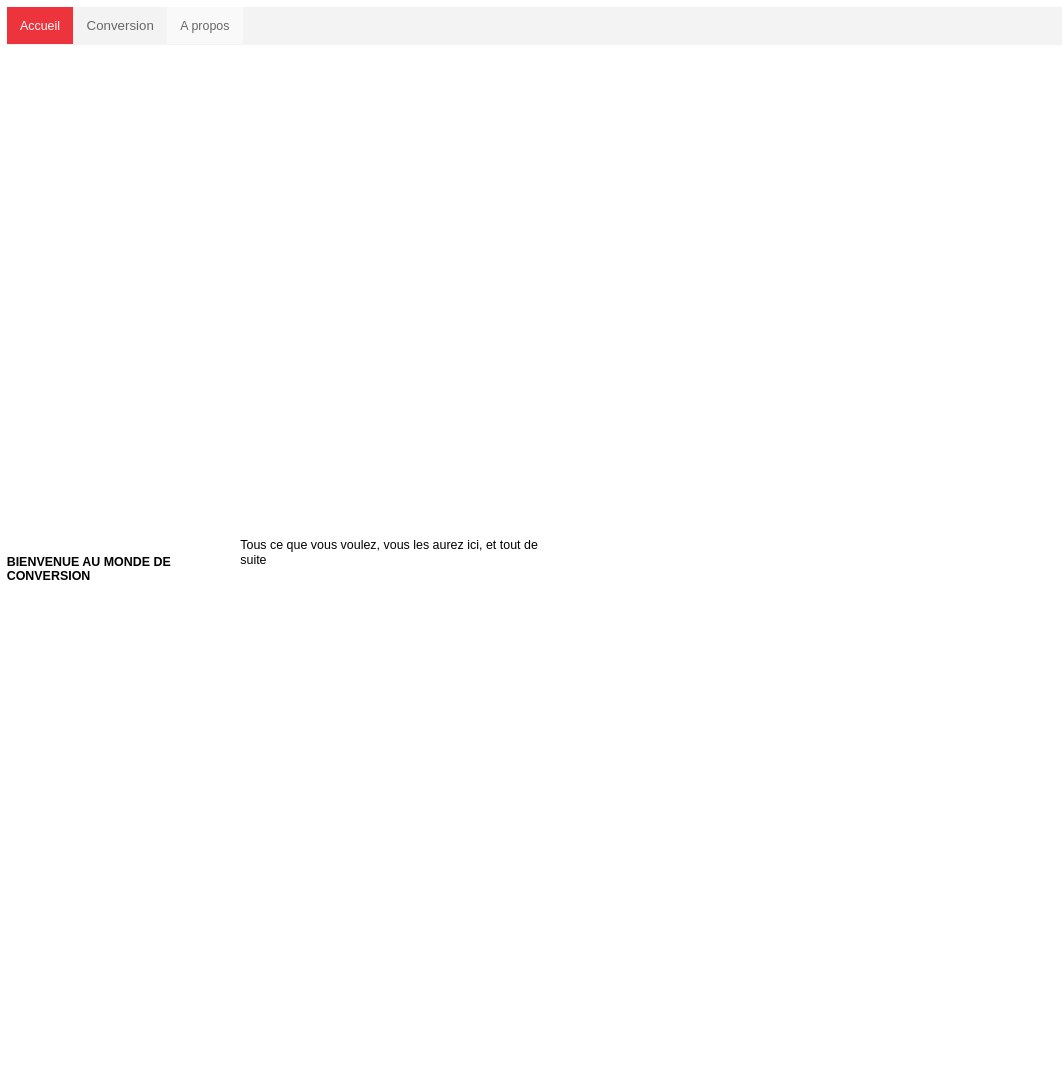
Repository: Santatrasoa/six
Page: Conversion/Conversion/src/main/webapp/index.html
The author's editor kept a copy of each file at every save. The page is drawn from the files as they stood at one save, then again after the next save.
The browser window is 1280 px wide. The pictures show the whole page, at 83% of full size.

Above is the page before, as saved 2024-04-10 09:56:22.

### Conversion/Conversion/src/main/webapp/index.html
<!DOCTYPE html>
<html lang="en">

<head>
	<meta charset="UTF-8">
	<meta http-equiv="X-UA-Compatible" content="IE=edge">
	<meta name="viewport" content="width=device-width, initial-scale=1.0">
	<title>Acceuil</title>
	<link rel="stylesheet" href="style.css" type="text/css">
</head>

<body>
	<ul>
		<li><a class="active" href="index.html">Accueil</a></li>
		<li class="notHidden">
			<div class="dropdown">
				<button class="dropbtn">Conversion</button>
				<div class="dropdown-content">
					<a style="text-align: left;" href="temperature.jsp">temperature</a>
					<a style="text-align: left;" href="poid.jsp">Poid</a>
					<a style="text-align: left;" href="longueur.jsp">longueur</a>
				</div>
			</div>
		</li>
		<li><a href="detail.html">A propos</a></li>
	</ul>

	<br>

	<div class="acceuil">
		<h1 style="margin-top: 50px">
			BIENVENUE AU MONDE DE CONVERSION
		</h1>
		<span> Tous ce que vous voulez, vous les aurez ici, et tout de suite </span>
	</div>
</body>

</html>

### Conversion/Conversion/src/main/webapp/style.css
* {
  padding: 0px;
  font-family: Arial, Helvetica, sans-serif;
  font-size: 15px;
}

body{
	flex-direction: column;
}

ul {
  margin: 50px;
  list-style-type: none;
  margin: 0px;
  padding: 0px;
  /* border: 1px solid #f3f3f3; */
  background-color: #f3f3f3;
  position: fixed;
  width: 100%;
}

li {
  float: left;
}

li a {
  display: block;
  color: #666;
  background-color: #f9f9f9;
  text-align: center;
  padding: 14px 16px;
  text-decoration: none;
}

li a:hover:not(.active) {
  background-color: #ddd;
}

li a.active {
  color: white;
  background-color: rgb(237, 51, 59);
}

.dropbtn {
  background-color: transparent;
  padding: 14px 16px;
  color: #666;
  font-size: 16px;
  border: none;
  cursor: pointer;
}

.dropdown {
  position: relative;
  display: inline-block;
}

.dropdown-content {
  display: none;
  position: absolute;
  background-color: #f9f9f9;
  min-width: 160px;
  box-shadow: 0px 8px 16px 0px rgba(0, 0, 0, 0.2);
  z-index: 1;
}

.dropdown-content a {
  color: black;
  padding: 12px 16px;
  text-decoration: none;
  display: block;
}


.dropdown-content a:hover {
  background-color: #f1f1f1
}

.dropdown:hover .dropdown-content {
  display: block;
}

.dropdown:hover .dropbtn {
  background-color: #ddd;
}

input[type=number] {
  width: 30%;
  padding: 12px 20px;
  margin: 8px 0;
  box-sizing: border-box;
  border: 3px solid #ccc;
  -webkit-transition: 0.5s;
  transition: 0.5s;
  outline: none;
}

input[type=submit]{
	float: left;
	width: 10%;
  	padding: 12px 20px;
 	margin: 8px 0;
  	box-sizing: border-box;
  	outline: none;
}

select {
  width: 30%;
  padding: 16px 20px;
  border: none;
  border-radius: 4px;
  background-color: #f1f1f1;
}

.acceuil {
	width: 90vh;
	height: 100vw;
	display: flex;
	align-items: center;
	justify-content: center;
}

After the next save:
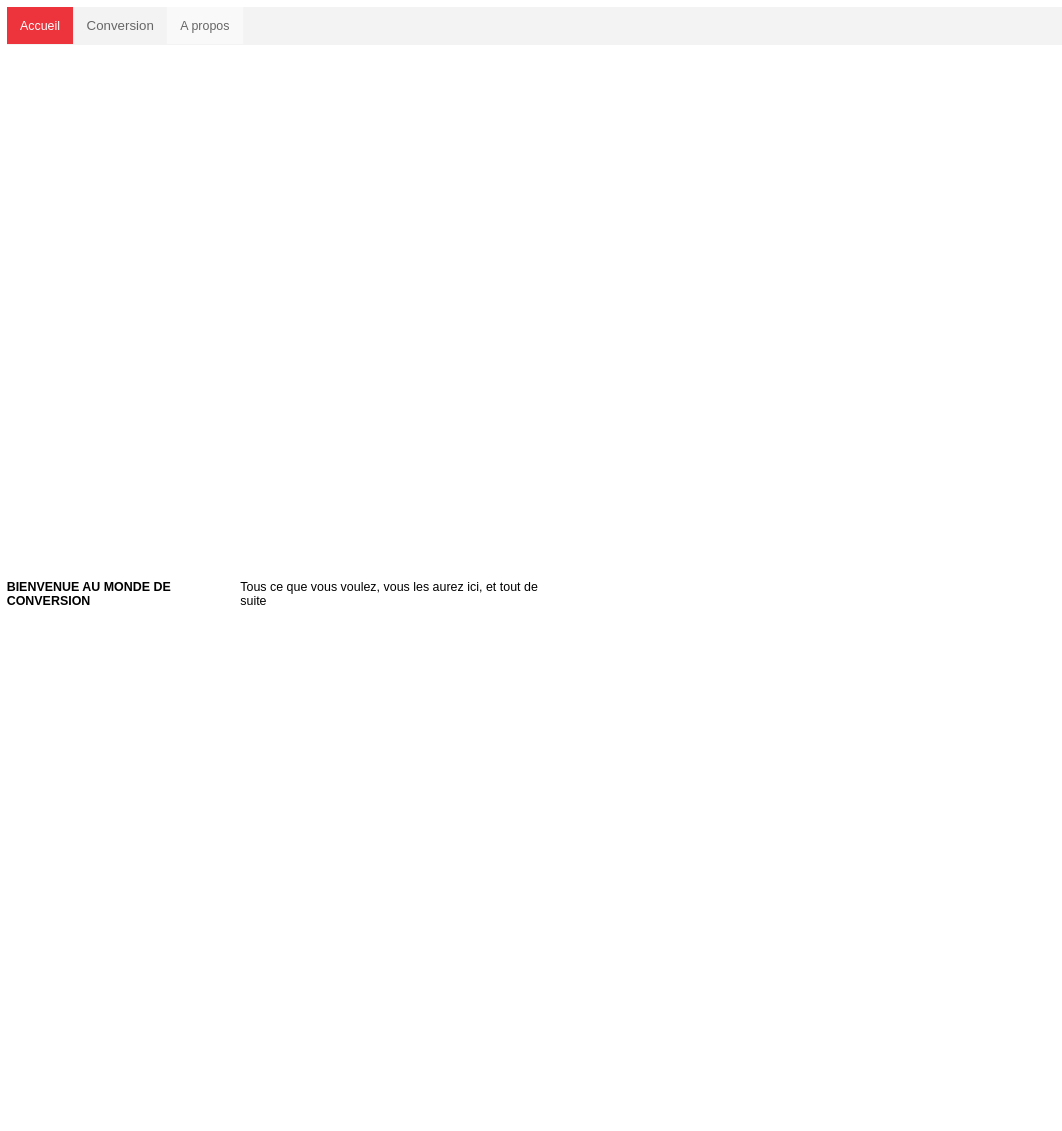
Saved 42 s later.
--- a/Conversion/Conversion/src/main/webapp/index.html
+++ b/Conversion/Conversion/src/main/webapp/index.html
@@ -27,8 +27,8 @@
 
 	<br>
 
-	<div class="acceuil">
-		<h1 style="margin-top: 50px">
+	<div style="margin-top: 50px" class="acceuil">
+		<h1 >
 			BIENVENUE AU MONDE DE CONVERSION
 		</h1>
 		<span> Tous ce que vous voulez, vous les aurez ici, et tout de suite </span>
